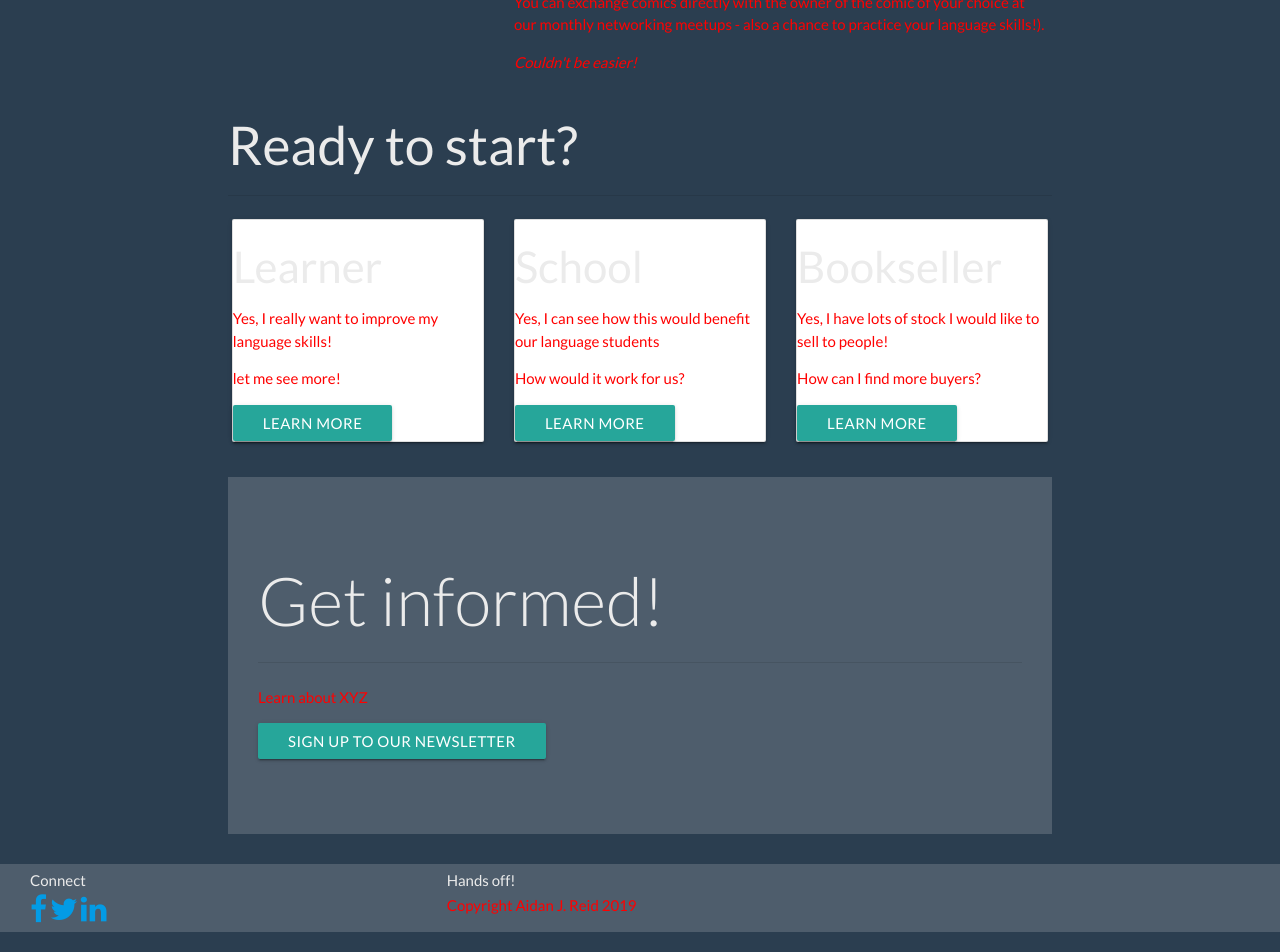
Repository: AidanJReid/Forex-Comix
Page: http://localhost/
The author's editor kept a record of every edit. The page is drawn from the files as they stood at one moment, then again after the next edit.
The browser window is 1280 px wide. The pictures show the part of the page from y = 1162 to 2114 px (the page is 2114 px tall).
The page is served by the project's application, run on Flask 3 (run.py).

Above is the page before.

### templates/index.html
{% extends 'base.html' %} {% block content %}

<div class="container-fluid" id="body-bg">
    <div class="container bio" id="what">
        <div class="row">
            <div class="col-xs-12 col-md-8">
                <h2>What is Forex Comix?</h2>

                <p>Not a financial trade term for starters!</p>

                <p>Language learning is big business. Most enthusiasts quickly tire of rote grammar books and vocab lists.</p>

                <p>Our aim is to make language learning fun, and educational. <i>Impossible?</i> We don't think so.</p>

                <p>Graphic novels and comic books are a wonderful way to learn a language - using rich images and conversational styles to entertain children and adults alike.</p>

                <p>So whether you pine for some <b>Tintin</b> in the original French, or <b>The Walking Dead</b> in Spanish, <b>Forex-Comix</b> provide a platform to enable exchange with other like-minded comic book fans of your target language.</p>
            </div>
            <div class="d-none d-md-block col-md-4 stand">
            </div>
        </div>
    </div>
    <div class="container how" id="how">
        <div class="row">
            <div class="d-none d-md-block col-md-4 stand">
            </div>
            <div class="col-xs-12 col-md-8">
                <h2>How does it work?</h2>
                <p>To participate in an exchange, you should have something to offer. <i>Duh!</i></p>

                <p><em>Example:</em> I want to learn latin Spanish. I have a few old-school English <b>Marvel</b> comics (The Avengers) that are gathering dust in the attic. Simply, 'Add' the comic to our database. Here you can also see what comics are available
                    in your chosen language.</p>

                <p>You can exchange comics directly with the owner of the comic of your choice at our monthly networking meetups - also a chance to practice your language skills!).</p>

                <p><i>Couldn't be easier!</i></p>
            </div>
        </div>
    </div>
    <div class="container profiles" id="profiles">
        <h2 class="ready-header">Ready to start?</h2>
        <hr class="hr-main-sections">
        <div class="row">
            <div class="col-md-4">
                <div class="card">
                    <div class="container-item" id="learner">
                        <h3>Learner</h3>
                        <p>Yes, I really want to improve my language skills!</p>
                        <p>let me see more!</p>
                        <div id="button">
                            <a href="#" type="button" class="btn btn-warning">Learn More</a>
                        </div>
                    </div>
                </div>
            </div>

            <div class="col-md-4">
                <div class="card">
                    <div class="container-item" id="school">
                        <h3>School</h3>
                        <p>Yes, I can see how this would benefit our language students</p>
                        <p>How would it work for us?</p>
                        <div id="button">
                            <a href="#" type="button" class="btn btn-warning">Learn More</a>
                        </div>
                    </div>
                </div>
            </div>

            <div class="col-md-4">
                <div class="card">
                    <div class="container-item" id="bookseller">
                        <h3>Bookseller</h3>
                        <p>Yes, I have lots of stock I would like to sell to people!</p>
                        <p>How can I find more buyers?</p>
                        <div id="button">
                            <a href="#" type="button" class="btn btn-warning">Learn More</a>
                        </div>
                    </div>
                </div>
            </div>
        </div>
    </div>
    <div class="container nl" id="nl">
        <div class="jumbotron scroll text-left">
            <h3 class="display-3">Get informed!</h3>
            <hr class="my-4">
            <p>Learn about XYZ</p>
            <p class="lead">
                <a class="btn btn-primary btn-lg" href="#" role="button">Sign up to our newsletter</a>
            </p>
        </div>
    </div>
</div>
</div>

{% endblock %}

### templates/base.html
<!DOCTYPE html>
<html lang="en">

<head>
    <meta charset="UTF-8">
    <meta name="viewport" content="width=device-width, initial-scale=1.0">
    <meta http-equiv="X-UA-Compatible" content="ie=edge">
    <link rel="stylesheet" href="https://stackpath.bootstrapcdn.com/font-awesome/4.7.0/css/font-awesome.min.css" type="text/css">
    <link rel="stylesheet" href="{{ url_for('static', filename='css/bootstrap.min.css') }}" type="text/css">
    <link rel="stylesheet"  href="https://cdnjs.cloudflare.com/ajax/libs/materialize/0.100.2/css/materialize.min.css">
    <link rel="stylesheet" href="{{ url_for('static', filename='css/style.css') }}">
    <title>Forex-Comix</title>
</head>

<body>

    <!--Navbar-->

    <nav class="navbar navbar-expand-lg navbar-light bg-light">
        <button class="navbar-toggler" type="button" data-toggle="collapse" data-target="#navbarColor03" aria-controls="navbarColor03" aria-expanded="false" aria-label="Toggle navigation">
    <span class="navbar-toggler-icon"></span>
  </button>

        <div class="collapse navbar-collapse" id="navbarColor03">
            <ul class="navbar-nav mr-auto">
                <li class="nav-item active">
                    <a class="nav-link" href="{{ url_for('index') }}">Home<span class="sr-only">(current)</span></a>
                </li>
                <li class="nav-item">
                    <a class="nav-link" href="{{ url_for('learner') }}">Learner</a>
                </li>
                <li class="nav-item">
                    <a class="nav-link" href="{{ url_for('bookseller') }}">Bookseller</a>
                </li>
                <li class="nav-item">
                    <a class="nav-link" href="{{ url_for('school') }}">School</a>
                </li>
                <li class="nav-item">
                    <a class="nav-link" href="{{ url_for('database') }}">Database</a>
                </li>
                <li class="nav-item">
                    <a class="nav-link" href="{{ url_for('contact') }}">Contact</a>
                </li>
                <li class="nav-item">
                    <a class="nav-link" href="{{ url_for('login') }}">Login</a>
                </li>
            </ul>
        </div>
    </nav>


    <!--Page Header-->

    <header>
        <div class="jumbotron" style="background-image: url('https://static.wixstatic.com/media/9a9a38_f3f2b69e0f21490abdf4a212a75a5c34~mv2_d_3000_2000_s_2.jpg/v1/fill/w_640,h_484,al_c,q_80,usm_0.66_1.00_0.01/9a9a38_f3f2b69e0f21490abdf4a212a75a5c34~mv2_d_3000_2000_s_2.webp')">
            <div class="container" style="background: white">
                    <h1 class="display-3">Forex-Comix</h1>
                    <p class="lead">New and used foreign comics for language exchange</p>
                    <hr class="my-4">
                    <a class="btn btn-primary btn-lg" href="/index.html/#how" role="button">How does it work?</a>
                    </p>
            </div>
        </div>
    </header>



    <!--Main Container-->

    <div class="container-fluid">

        {% block content %} {% endblock %}

    </div>

    <!--Footer-->

    <div class="container-fluid footer footer-dark bg-dark">
        <footer="container">
            <div class="row">
                <div class="col-sm-4 foot-col">
                    <h6>Connect</h6>
                    <a href="https://www.facebook.com/aidanjreidauthor/" target="_blank"><i class="fa fa-facebook fa-2x"></i></a>
                    <a href="http://www.twitter.com/aidanjreid" target="_blank"><i class="fa fa-twitter fa-2x"></i></a>
                    <a href="https://www.linkedin.com/in/aidanreid/" target="_blank"><i class="fa fa-linkedin fa-2x"></i></a>
                </div>
                <div class="col-sm-4 foot-col">
                    <h6>Hands off!</h6>
                    <p>Copyright Aidan J. Reid 2019</p>
                </div>
            </div>
            </footer>
    </div>
</body>

<!--Custom Scripts-->

<script src="https://ajax.googleapis.com/ajax/libs/jquery/3.4.1/jquery.min.js"></script>
<script src="https://cdnjs.cloudflare.com/ajax/libs/materialize/0.100.2/js/materialize.min.js"></script>
<script src="https://maxcdn.bootstrapcdn.com/bootstrap/4.3.1/js/bootstrap.min.js"></script>


</html>

### run.py
import os
import json
from flask import Flask, render_template, request, flash

app = Flask(__name__)
app.secret_key = 'something_stupid'

@app.route('/')
def index():
    return render_template("index.html")

@app.route('/learner')
def learner():
    return render_template("learner.html", page_title="Learner")

@app.route('/bookseller')
def bookseller():
    return render_template("bookseller.html", page_title="Bookseller")

@app.route('/school')
def school():
    return render_template("school.html", page_title="School")

@app.route('/login')
def login():
    return render_template("login.html", page_title="Login")

@app.route('/database')
def database():
    data = []
    with open("data/comics.json","r") as json_data:
        data = json.load(json_data)
    return render_template("database.html", page_title="Database", comics=data)

@app.route('/database/<comic_title>')
def database_comic(comic_title):
    comic = {}

    with open("data/comics.json", "r") as json_data:
        data = json.load(json_data)
        for obj in data:
            if obj["url"] == comic_title:
                comic = obj

    return render_template("comic.html", comic=comic)


@app.route('/contact', methods=["GET", "POST"])
def contact():
    if request.method == "POST":
        flash("Thanks {}, I got your message, loud and clear!".format(
              request.form["name"]))
    return render_template("contact.html", page_title="Contact")

if __name__ == '__main__':
    app.run(host=os.environ.get('IP'),
            port=int(os.environ.get('PORT')),
            debug=True)

# Debug=true should be removed on submission!

### static/css/style.css
/* Home Page */

p {
  color: red;
}

/*Cards*/

.flip-card {
  background-color: transparent;
  width: 200px;
  height: 300px;
  border: 1px solid #f1f1f1;
  perspective: 1000px;
}

.flip-inner {
  position: relative;
  width: 100%;
  height: 100%;
  text-align: center;
  transition: transform 0.8s;
  transform-style: preserve-3d;
}

.flip-card:hover .flip-inner {
  transform: rotateY(180deg);
}

.flip-front,
.flip-back {
  position: absolute;
  width: 100%;
  height: 100%;
  backface-visibility: hidden;
}

.flip-back {
  padding-top: 0%;
  background-color: rgba(0, 0, 0, 0.20);
  color: white;
  transform: rotateY(180deg);
}

Loaded but not shown: static/css/bootstrap.min.css (library)

After the next edit:
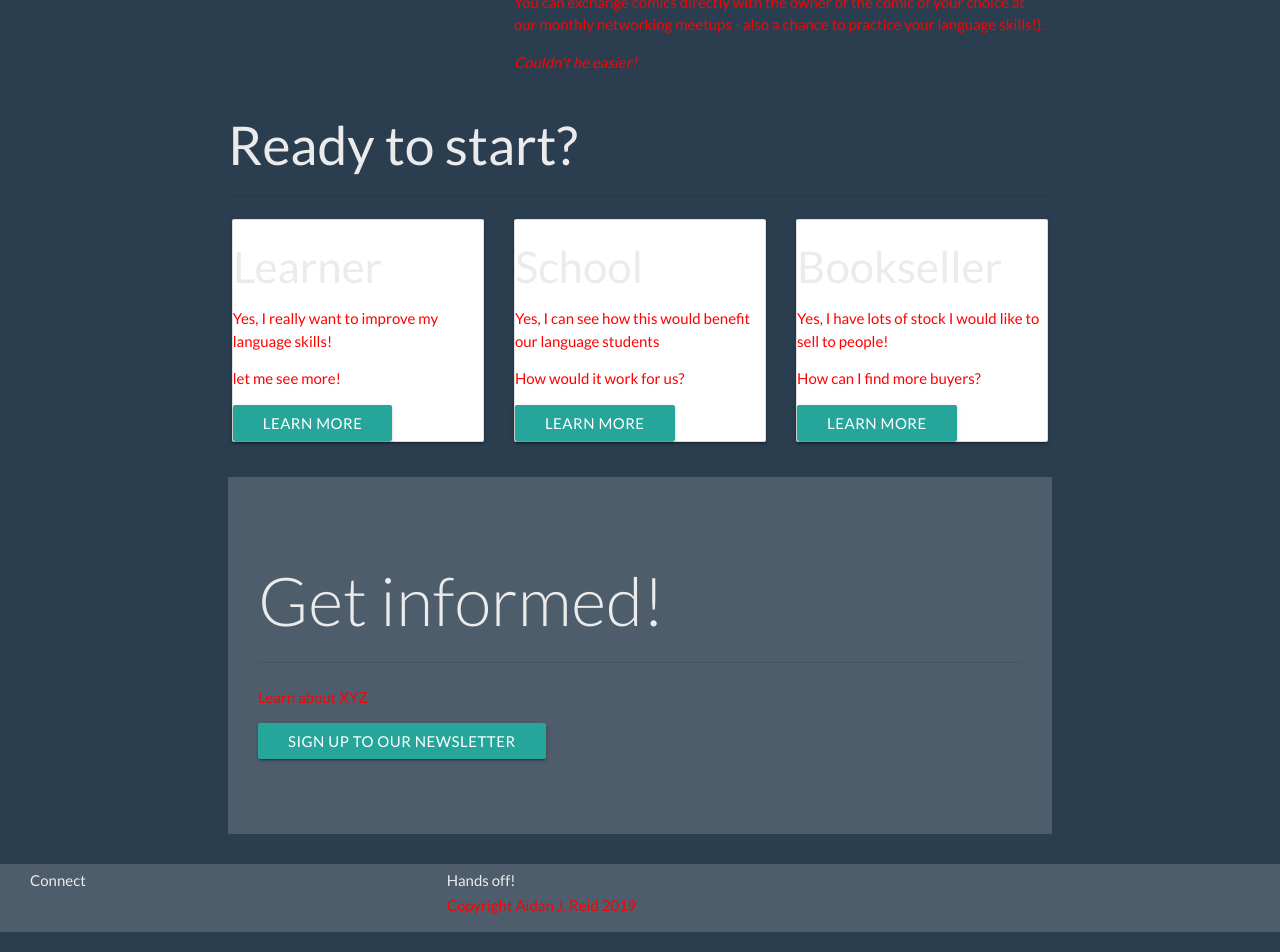
The edit:
--- a/templates/base.html
+++ b/templates/base.html
@@ -5,9 +5,8 @@
     <meta charset="UTF-8">
     <meta name="viewport" content="width=device-width, initial-scale=1.0">
     <meta http-equiv="X-UA-Compatible" content="ie=edge">
-    <link rel="stylesheet" href="https://stackpath.bootstrapcdn.com/font-awesome/4.7.0/css/font-awesome.min.css" type="text/css">
     <link rel="stylesheet" href="{{ url_for('static', filename='css/bootstrap.min.css') }}" type="text/css">
-    <link rel="stylesheet"  href="https://cdnjs.cloudflare.com/ajax/libs/materialize/0.100.2/css/materialize.min.css">
+    <link rel="stylesheet" href="https://cdnjs.cloudflare.com/ajax/libs/materialize/0.100.2/css/materialize.min.css">
     <link rel="stylesheet" href="{{ url_for('static', filename='css/style.css') }}">
     <title>Forex-Comix</title>
 </head>
